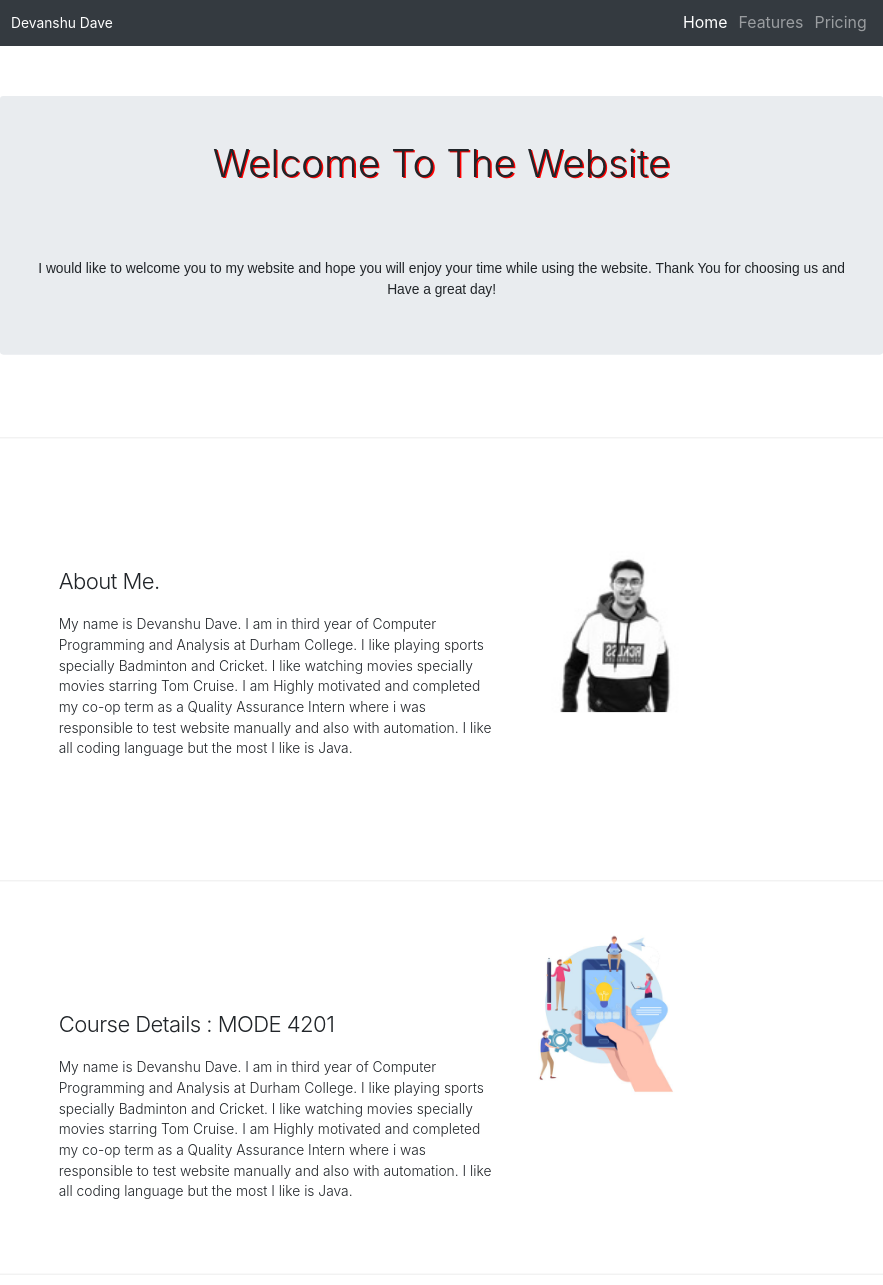
Repository: devanshudave1901/Mobile-Dev-Website
Page: index.html
These files come from the project's save history. The page is drawn as it stood at one moment and after the next save; the edit follows.
The browser window is 1280 px wide. The pictures show the whole page, at 69% of full size.
Some web libraries are served in a nearby version.

Above is the page before, as saved 2022-10-05 01:15:55.

After the next save:
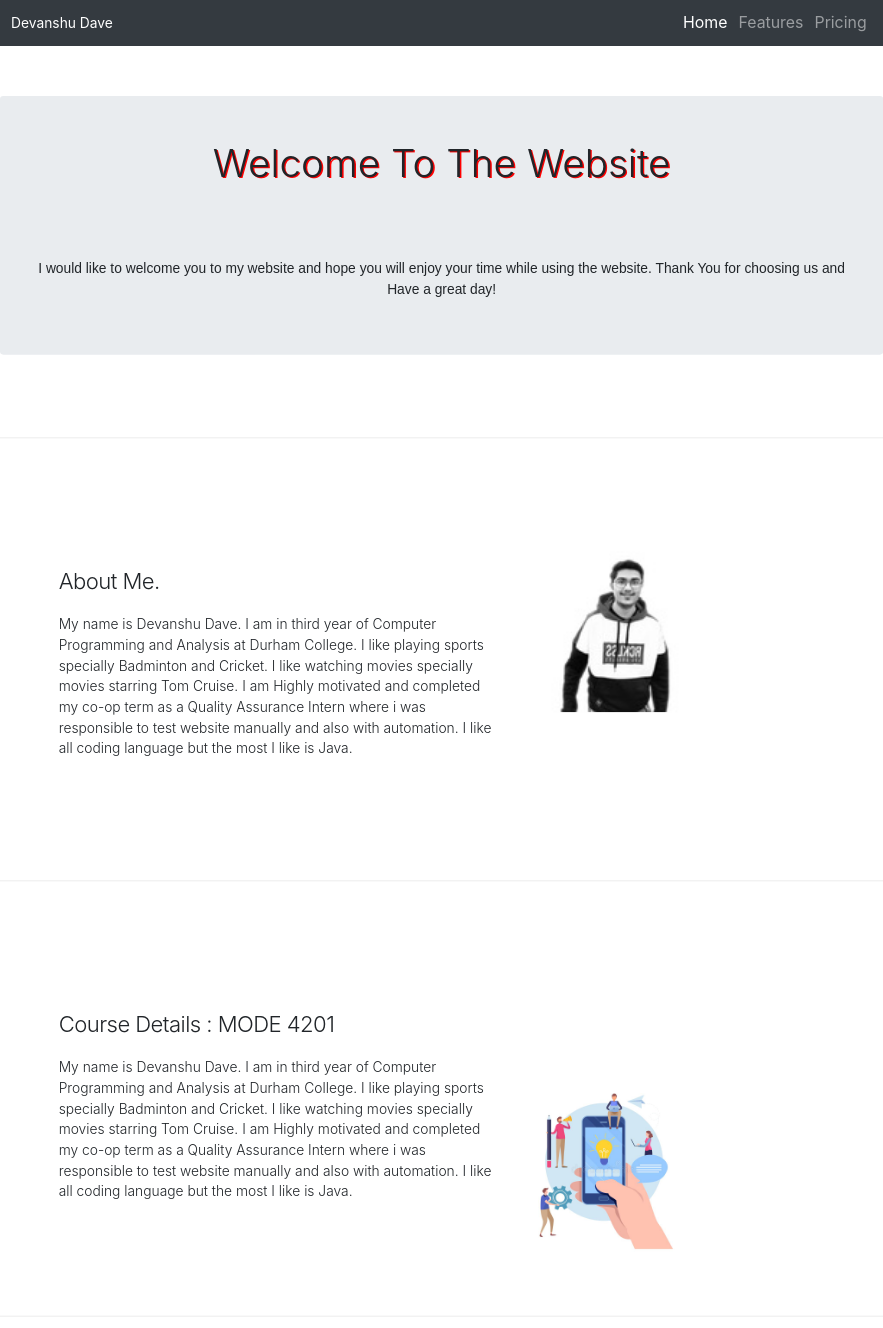
Saved 12 s later.
--- a/index.html
+++ b/index.html
@@ -36,6 +36,9 @@
       }
       .profileIamge {
         width: 250px;
+      }
+      .mobileDevProfile {
+        margin-top: 20%;
       }
     </style>
     <script
